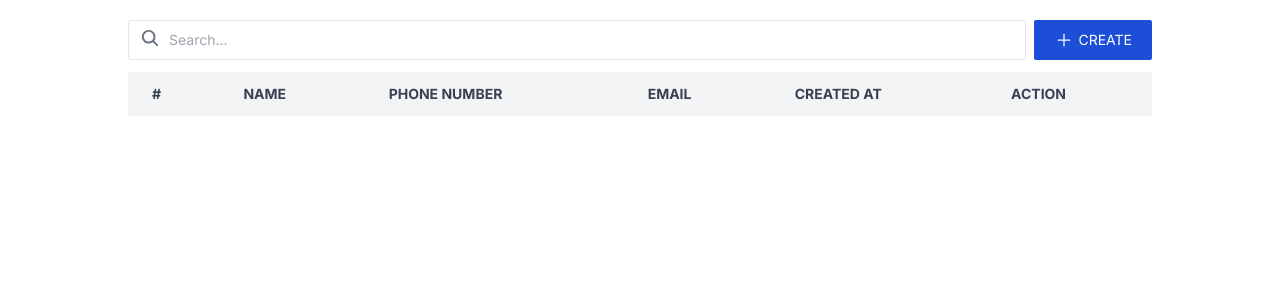
Repository: KilluaProject/crud-nextjs14
Page: /contacts
The author's editor kept a copy of each file at every save. The page is drawn from the files as they stood at one save, then again after the next save.
The browser window is 1280 px wide. The pictures show the whole page.
The project was rebuilt for these pictures with package versions that can differ from the ones it lists, and the page was loaded fresh each time. The framework's server and built-in components were replaced by stand-ins that run in the browser. Also part of the build but not shown: next.config.mjs.

Above is the page before, as saved 2024-06-30 11:48:47.

After the next save:
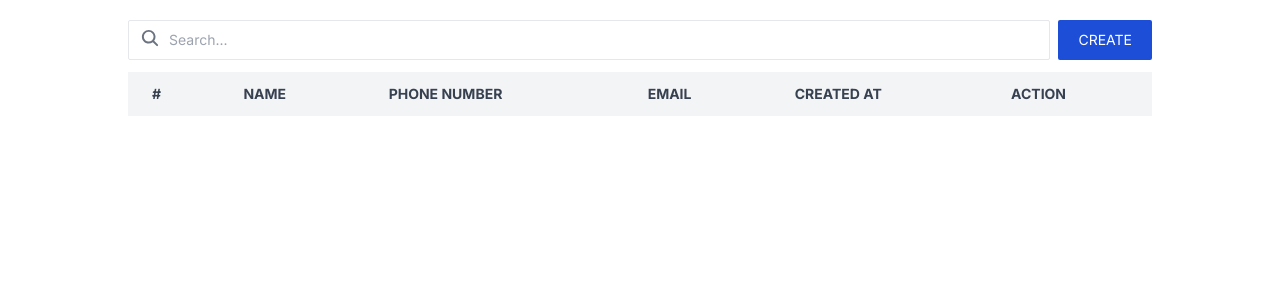
Saved 13 s later.
--- a/components/Button.tsx
+++ b/components/Button.tsx
@@ -5,7 +5,7 @@ import { IoAddSharp } from "react-icons/io5"
 export const CreateButton = () =>{
     return(
         <Link className="inline-flex items-center gap-1 text-white bg-blue-700 hover:bg-blue-800 px-5 py-[10px] rounded-sm text-sm" href="/contacts/create">
-            <IoAddSharp size={20} />
+
             CREATE
         </Link>
     )
